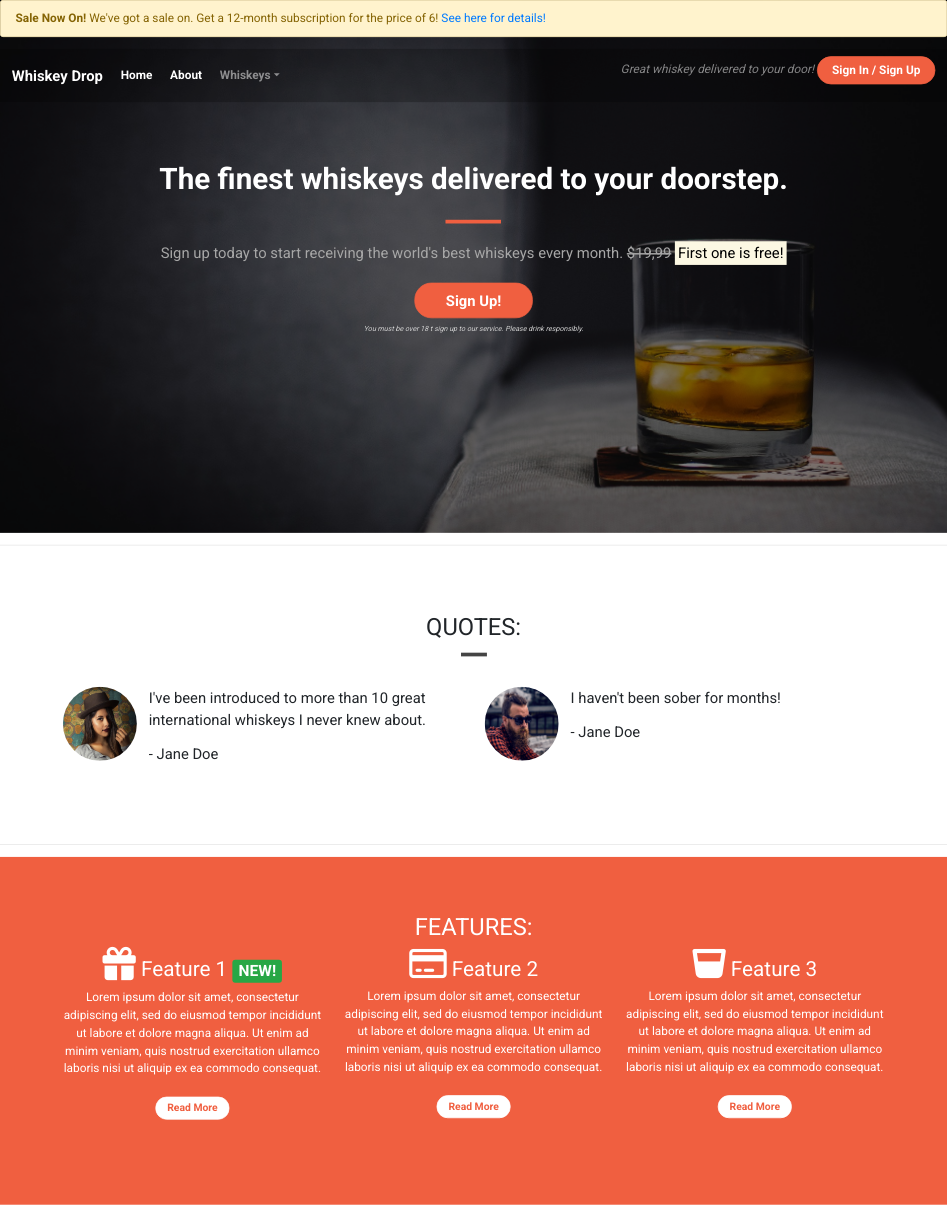
Repository: nitr-am/whiskey-project
Page: index.html
The author's editor kept a record of every edit. The page is drawn from the files as they stood at one moment, then again after the next edit.
The browser window is 1280 px wide. The pictures show the whole page, at 74% of full size.
Backgrounds fixed to the window are drawn as part of the page. Some web libraries are served in a nearby version.

Above is the page before.

After the next edit:
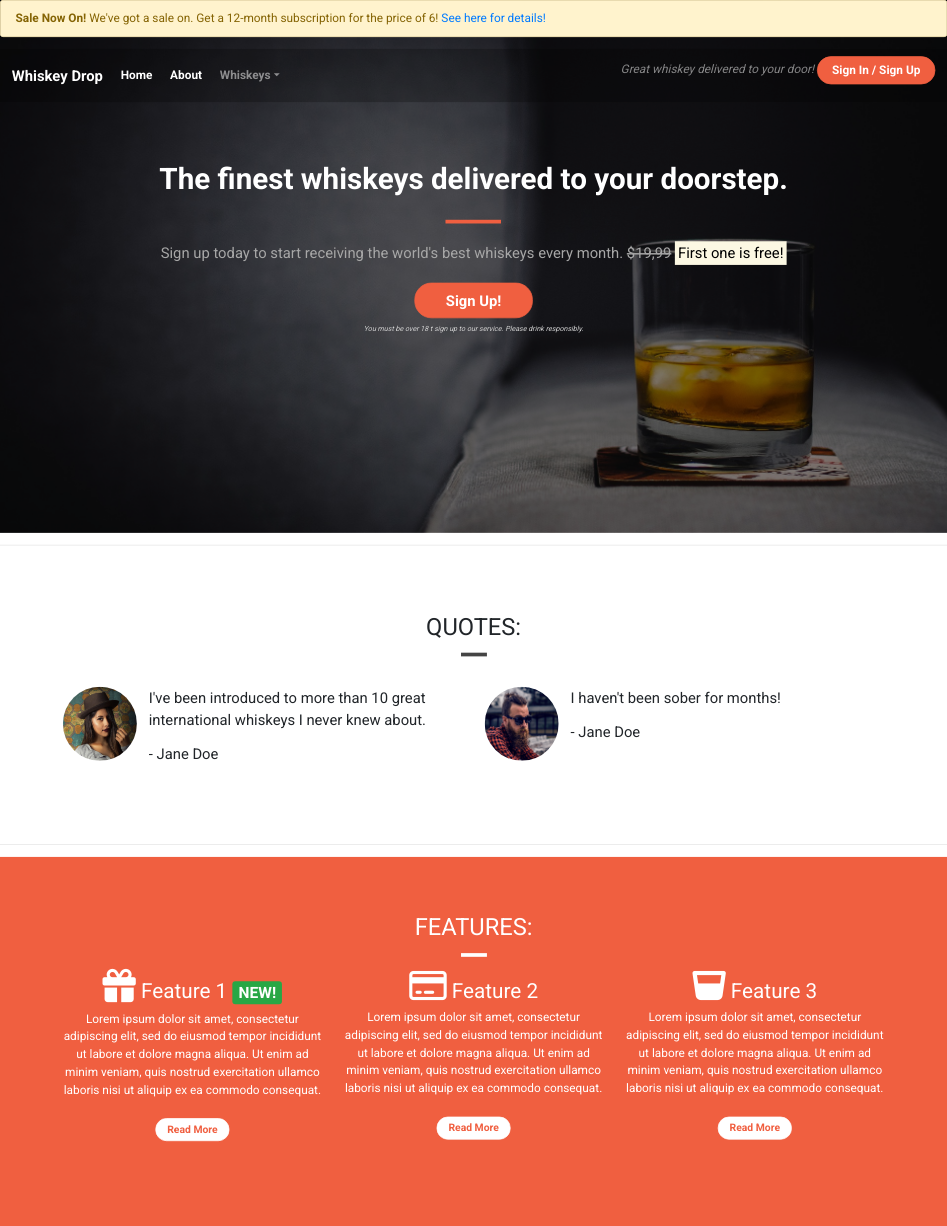
The edit:
--- a/index.html
+++ b/index.html
@@ -128,6 +128,7 @@
                 <div class="row ">
                     <div class="col-12 page-header">
                         <h2 class="text-uppercase ">Features:</h2>
+                        <hr class="block-divider block-divider--short block-divider--white">
                     </div>
                 </div>
                 <div class="row ">
